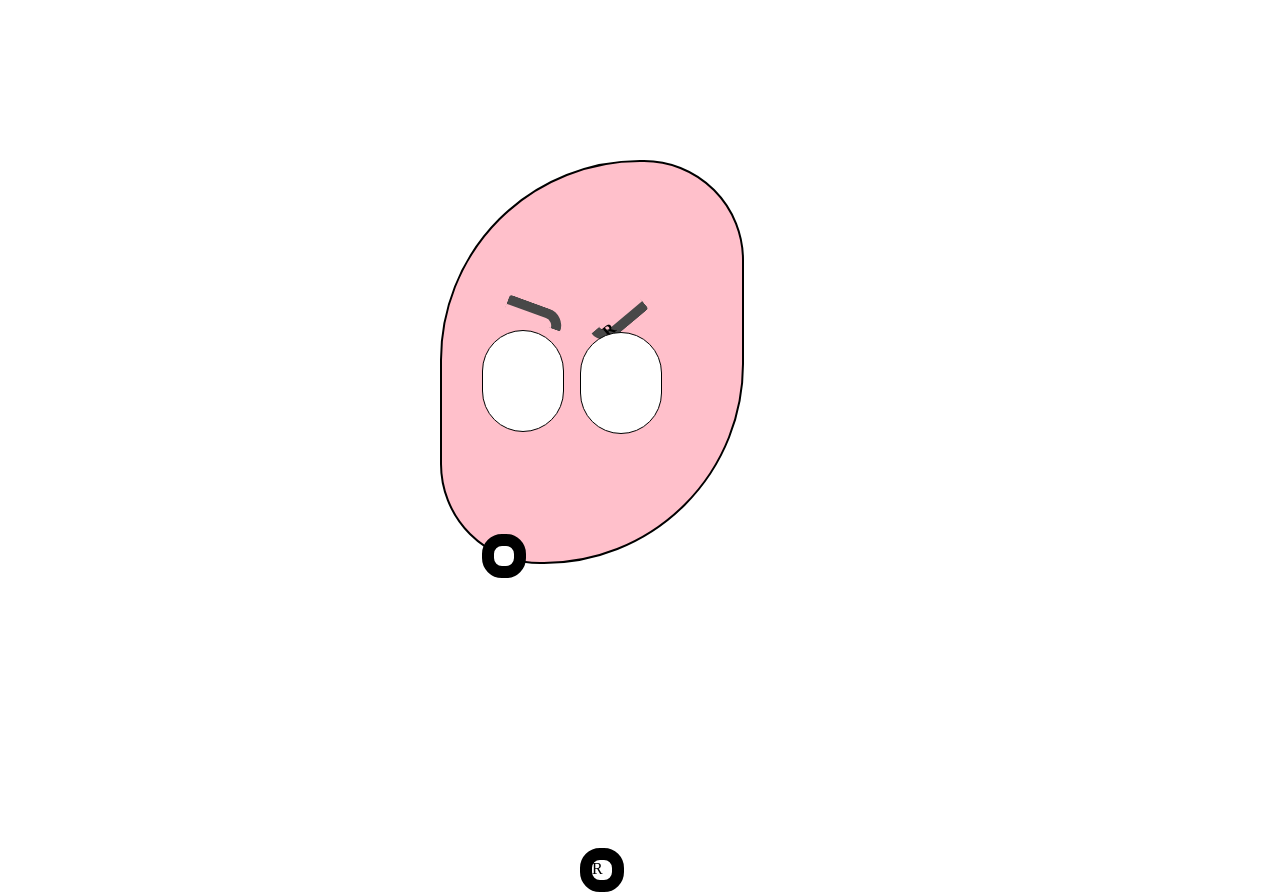
Repository: rodwestmoreland/1150
Page: cssCritter/index.html
These files come from the project's save history. The page is drawn as it stood at one moment and after the next save; the edit follows.
The browser window is 1280 px wide. The pictures show the whole page.

Above is the page before, as saved 2021-01-25 22:24:35.

### cssCritter/index.html
<!DOCTYPE html>
<html lang="en">
<head>
    <meta charset="UTF-8">
    <meta name="viewport" content="width=device-width, initial-scale=1.0">
    <link rel="stylesheet" href="style.css">
    <title>Welcome to SD 761</title>
</head>
<body>
    <div class="wrapper">
        <div class="object">
            <div class="face"></div>

            <div class="left-eyebrow"></div>
            <div class="right-eyebrow"><b>R</b></div>

          <div class="left-eye"></div>

          <div class="right-eye"></div>


          <div class="left-pupil"></div>

          <div class="right-pupil">R</div>

      </div>

</body>
</html>

### cssCritter/style.css
.wrapper{
    position: absolute;
     top: 50%;
   margin-top:-200px;
     left: 50%;
   margin: -200px 0 0 -200px;
 }

 .face{
   width: 300px;
   height: 400px;
   border: solid 2px #000;
   background-color: pink;
   border-radius: 200px 100px;
 }

 .left-eye{
   width: 80px;
   height: 100px;
   border: solid 1px #000;
   background-color: #fff;
   border-radius: 90px;
   position: relative;
    left: 42px;
    top: -270px;
 }
 .left-pupil{
    width: 20px;
    height: 20px;
    border: solid 12px #000;
    background-color: #fff;
    border-radius: 20px;
    position: relative;
    left: 42px;
    top: -270px;
  }
 .right-eye{
    width: 80px;
    height: 100px;
    border: solid 1px #000;
    background-color: #fff;
    border-radius: 90px;
    position: relative;
    left: 140px;
    top: -370px;
  }
  .right-pupil{
    width: 20px;
    height: 20px;
    border: solid 12px #000;
    background-color: #fff;
    border-radius: 20px;
    position: relative;
    left: 140px;
    top: 0px;
  }




  .right-eyebrow{
    width: 50px;
    height: 8px;
    border-bottom-right-radius:100px;
    border-bottom-left-radius: 500px;
    border: 10px solid #484848;
    border-top: 0;
    border-right: 0;
    position: relative;
    left: 150px;
    top: -270px;
    transform: rotate(-40deg);
  }
  .left-eyebrow{
    width: 50px;
    height: 8px;
    border-bottom-right-radius:100px;
    border-bottom-left-radius: 500px;
    border: 10px solid #484848;
    border-top: 0;
    border-right: 0;
    position: relative;
    left: 65px;
    top: -260px;
    transform: rotate(-160deg);

  }

 .mouth{
    border-top: none;

    border-top: 100px solid rgb(235, 103, 125);
    -webkit-border-radius: 50px;

    border-bottom: 100px solid rgb(235, 103, 125);
    -webkit-border-radius: 100px;
    border-radius: 100px;
    height: 20px;
    width: 175px;
    margin: -10px auto 0;
    z-index: 10;
 }

After the next save:
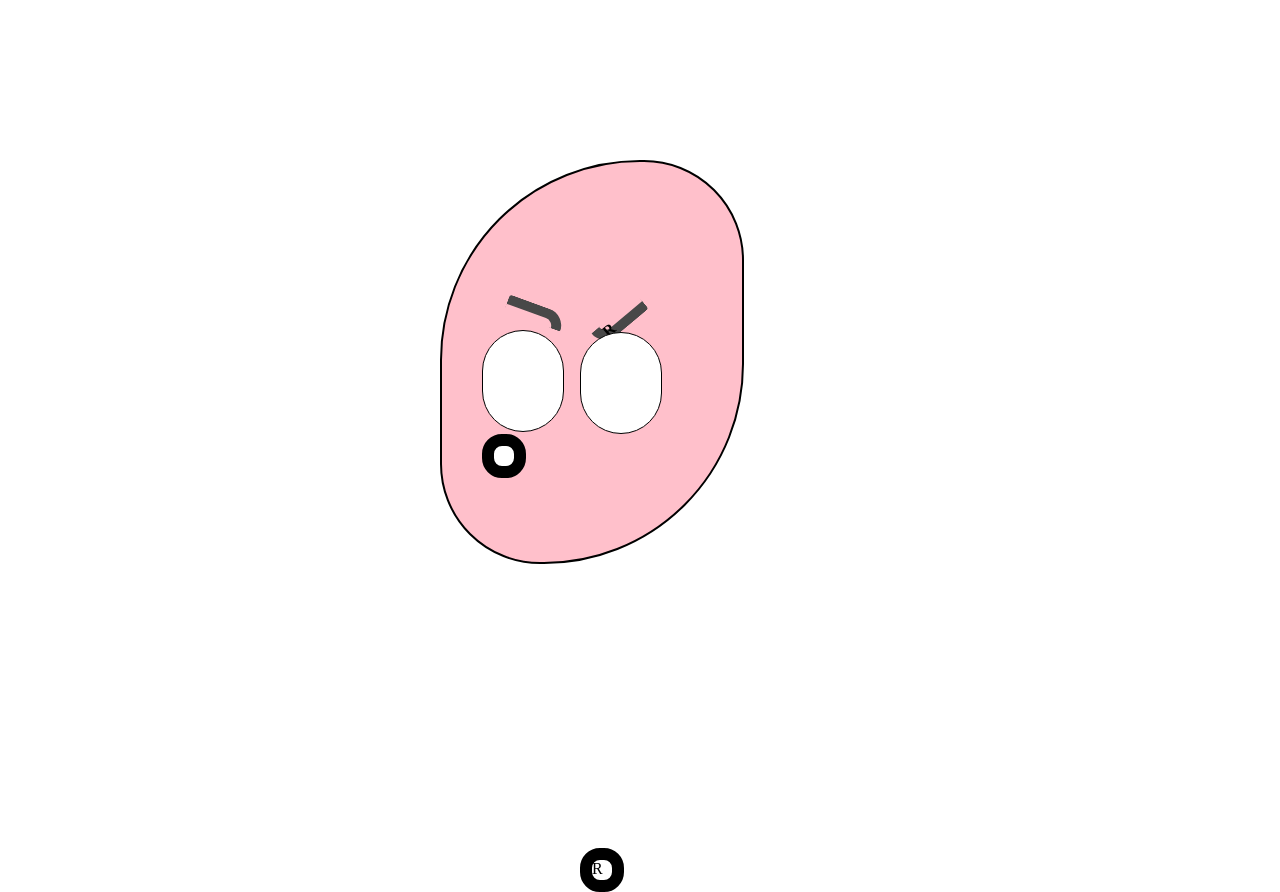
Saved 4 s later.
--- a/cssCritter/style.css
+++ b/cssCritter/style.css
@@ -32,7 +32,7 @@
     border-radius: 20px;
     position: relative;
     left: 42px;
-    top: -270px;
+    top: -370px;
   }
  .right-eye{
     width: 80px;
